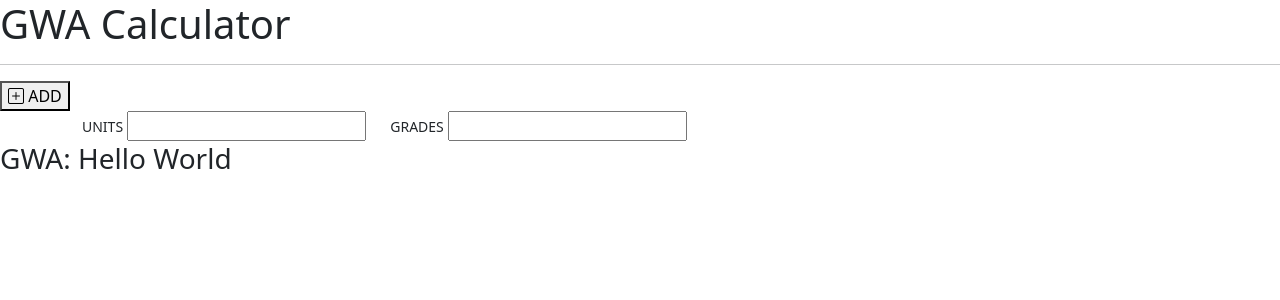
Repository: yonora/GWACalculator
Page: index.html
The author's editor kept a copy of each file at every save. The page is drawn from the files as they stood at one save, then again after the next save.
The browser window is 1280 px wide. The pictures show the whole page.

Above is the page before, as saved 2025-01-04 23:01:55.
Console error: TypeError: document.onload is not a function

After the next save:
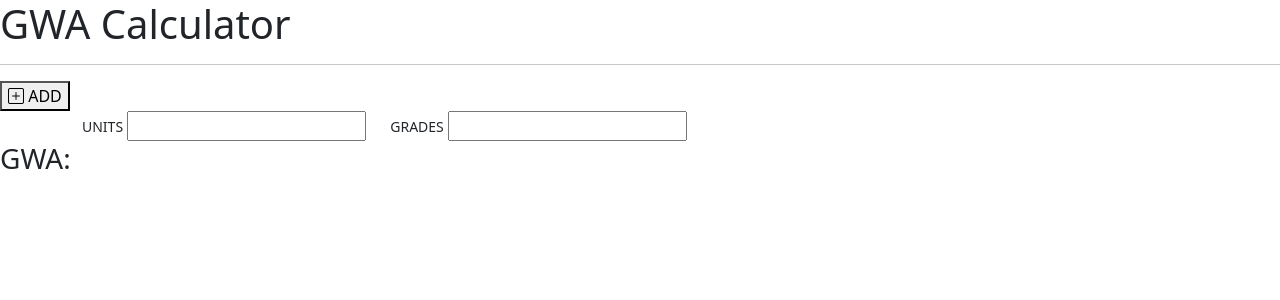
Console error: SyntaxError: Unexpected token '}'
Saved 6 min 46 s later.
--- a/js.js
+++ b/js.js
@@ -16,7 +16,12 @@
 
 function compute(){
     const grades = document.querySelectorAll('grades');
-    const inputs = document.querySelectorAll('inputs');
+    const units = document.querySelectorAll('units');
+
+    for(grade in grades){
+        for(unit in units)
+    }
+
 
     gwa.innerHTML = "Hello World";
 }

After the save that followed:
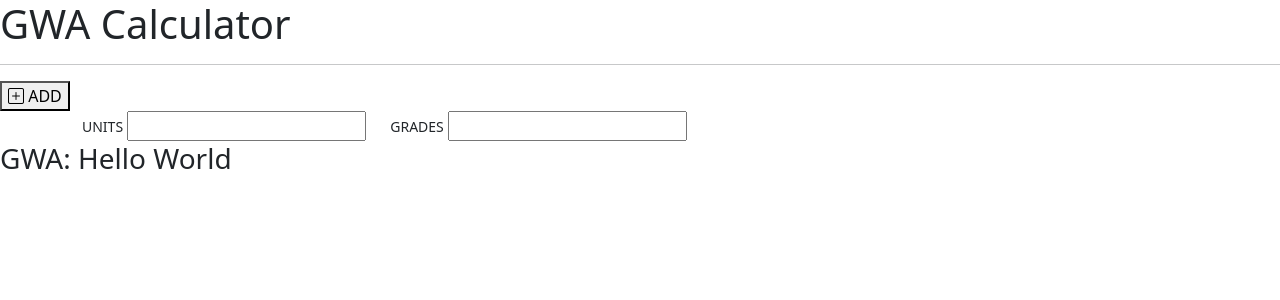
Console error: TypeError: document.onload is not a function
Saved 2 min 25 s later.
--- a/js.js
+++ b/js.js
@@ -18,9 +18,11 @@
     const grades = document.querySelectorAll('grades');
     const units = document.querySelectorAll('units');
 
-    for(grade in grades){
-        for(unit in units)
-    }
+    grades.forEach(grade => {
+        units.forEach(unit => {
+
+        });
+    });
 
 
     gwa.innerHTML = "Hello World";
